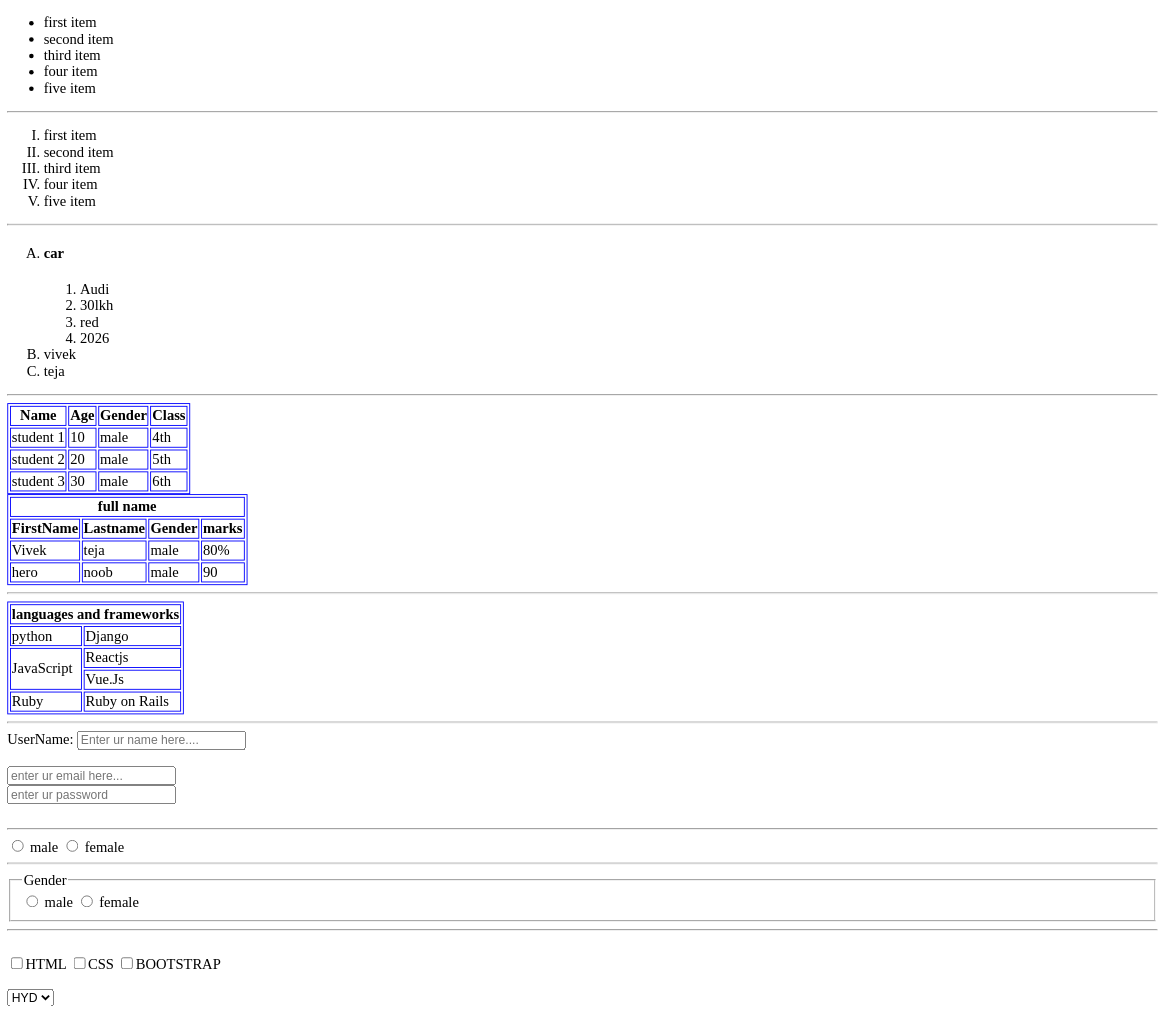
Repository: viveknaidu007/repo-166-Full-Stack-Development-Learning-Notes-Innomatics-2024
Page: module_1-html,css,bootstrap/spet_20_2024/index.html
The author's editor kept a copy of each file at every save. The page is drawn from the files as they stood at one save, then again after the next save.
The browser window is 1280 px wide. The pictures show the whole page, at 91% of full size.

Above is the page before, as saved 2024-09-21 14:46:08.

After the next save:
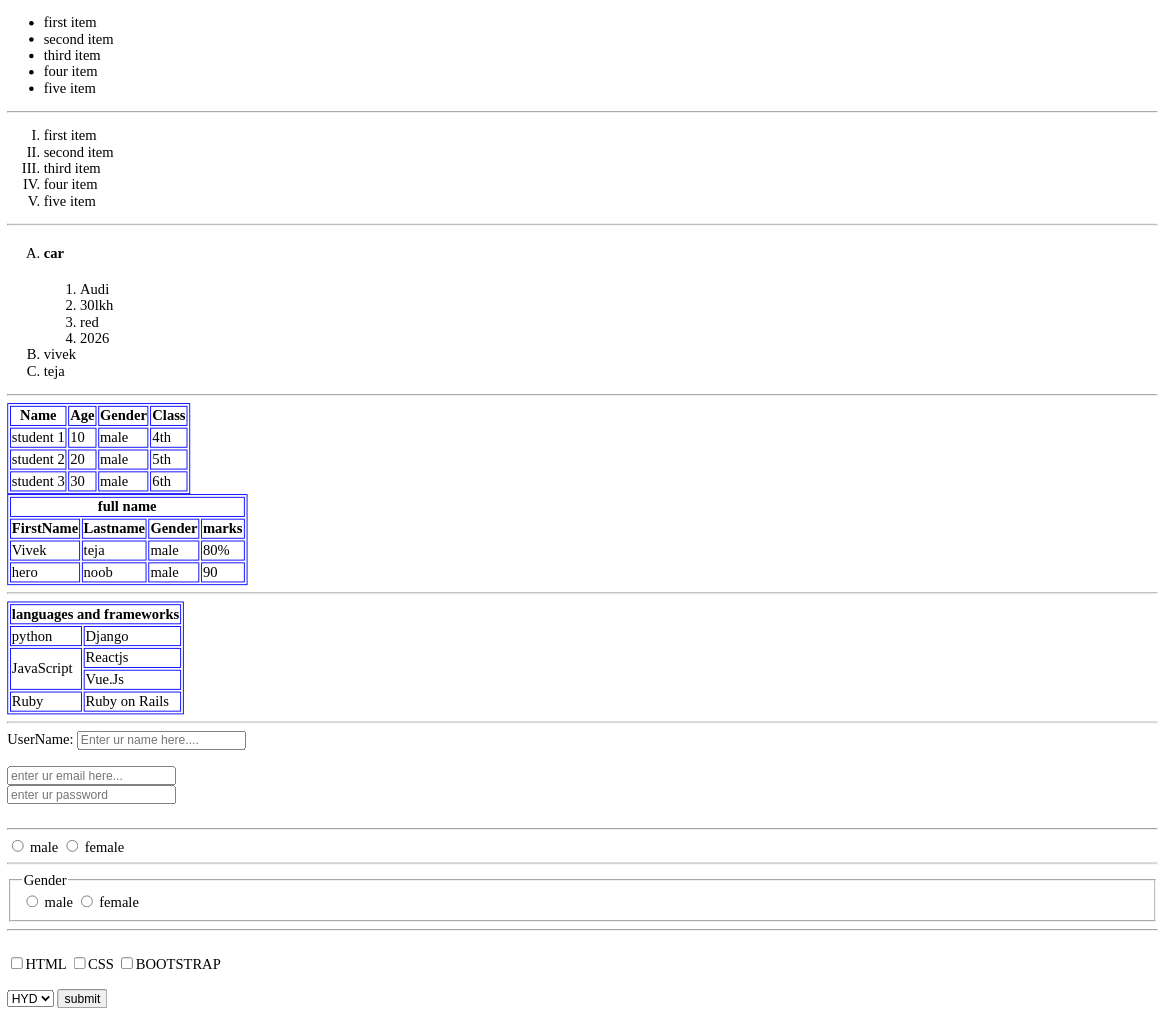
Saved 2 min 52 s later.
--- a/module_1-html,css,bootstrap/spet_20_2024/index.html
+++ b/module_1-html,css,bootstrap/spet_20_2024/index.html
@@ -160,6 +160,8 @@
         <option value="">mn</option>
     </select>
 
+    <button type="submit"> submit </button>
+
 
 
 
